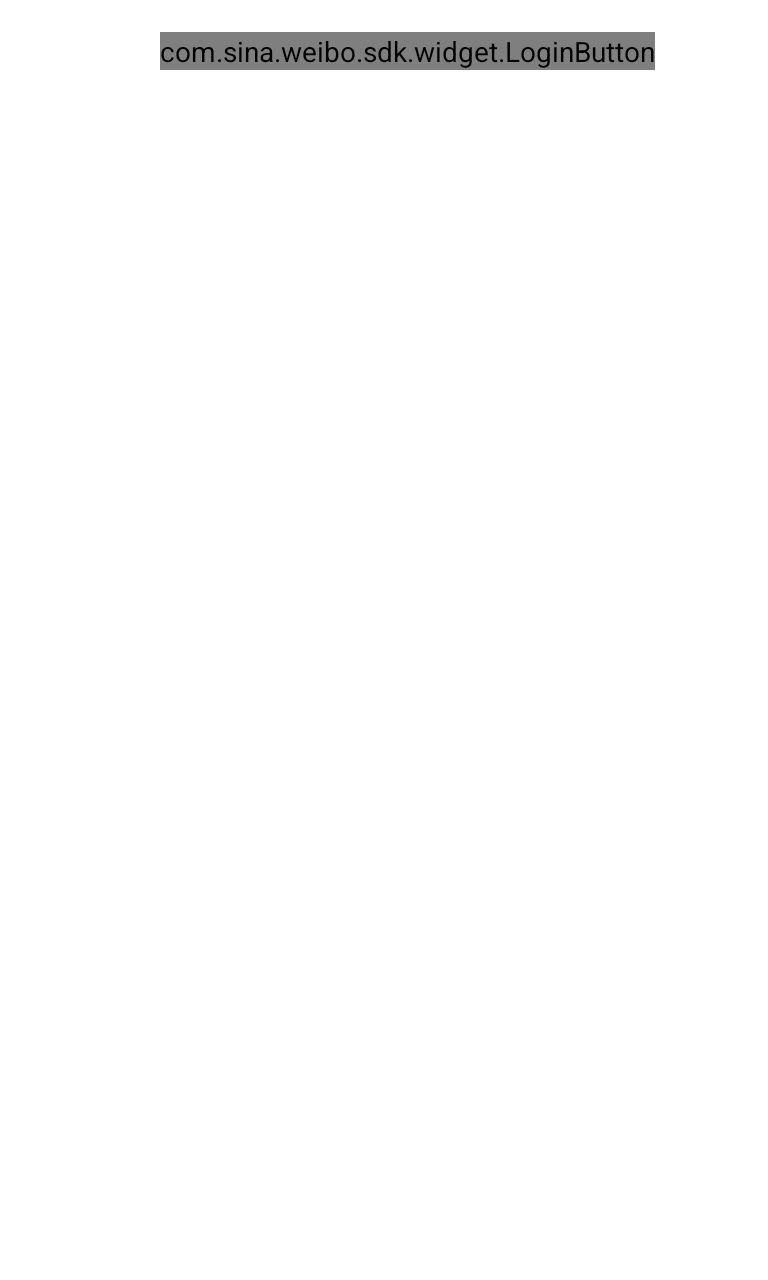
Repository: aojue/HappyAA
Layout: HappyAA/res/layout/activity_main.xml
An editor plug-in stored every save of this project. The layout is shown before and after the next save, followed by the edit.
Pictures or frames that could not be fetched are drawn as grey boxes. It is drawn on a 768 x 1280 px phone screen (xhdpi) without system bars, with theme AppTheme; the app's code is not run.

Above is the layout before, as saved 2014-10-24 07:19:36.

After the next save:
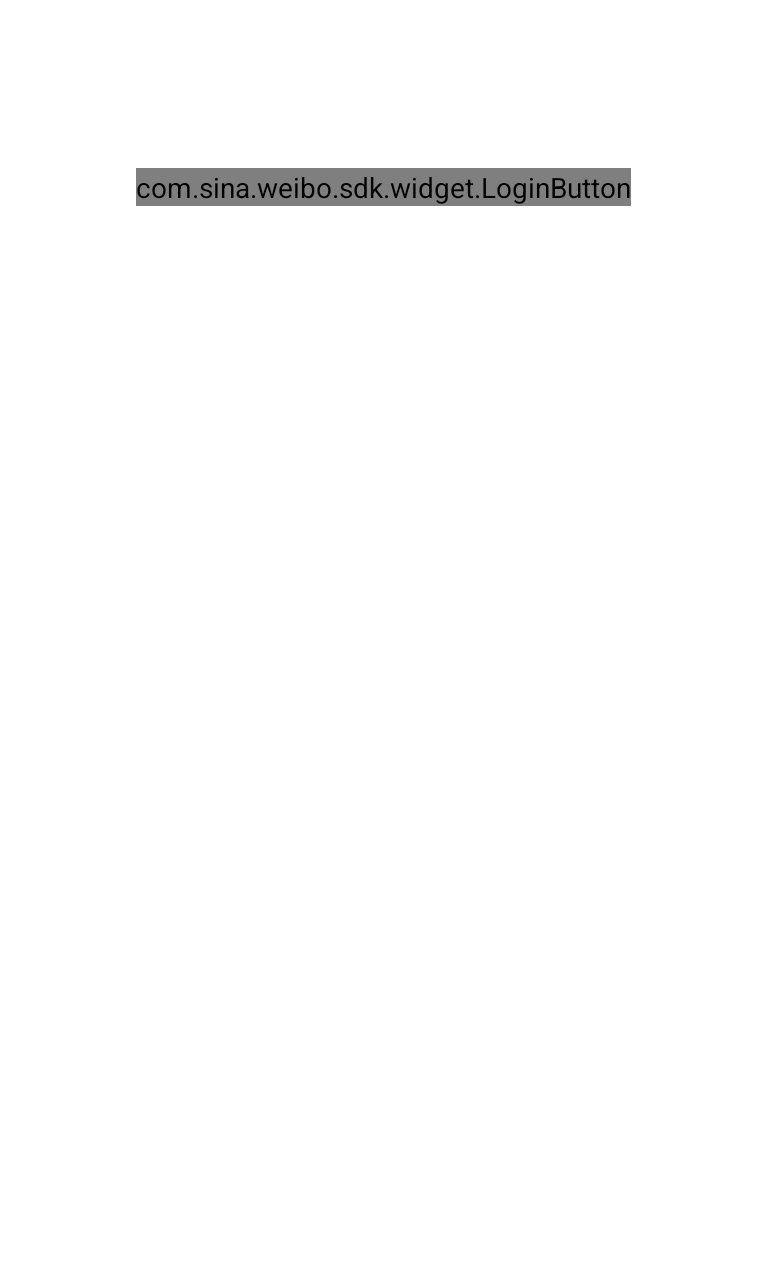
Saved 3 min 41 s later.
--- a/HappyAA/res/layout/activity_main.xml
+++ b/HappyAA/res/layout/activity_main.xml
@@ -12,8 +12,8 @@
         android:id="@+id/loginButton1"
         android:layout_width="wrap_content"
         android:layout_height="wrap_content"
-        android:layout_alignParentLeft="true"
         android:layout_alignParentTop="true"
-        android:layout_marginLeft="64dp" />
+        android:layout_centerHorizontal="true"
+        android:layout_marginTop="68dp" />
 
 </RelativeLayout>
